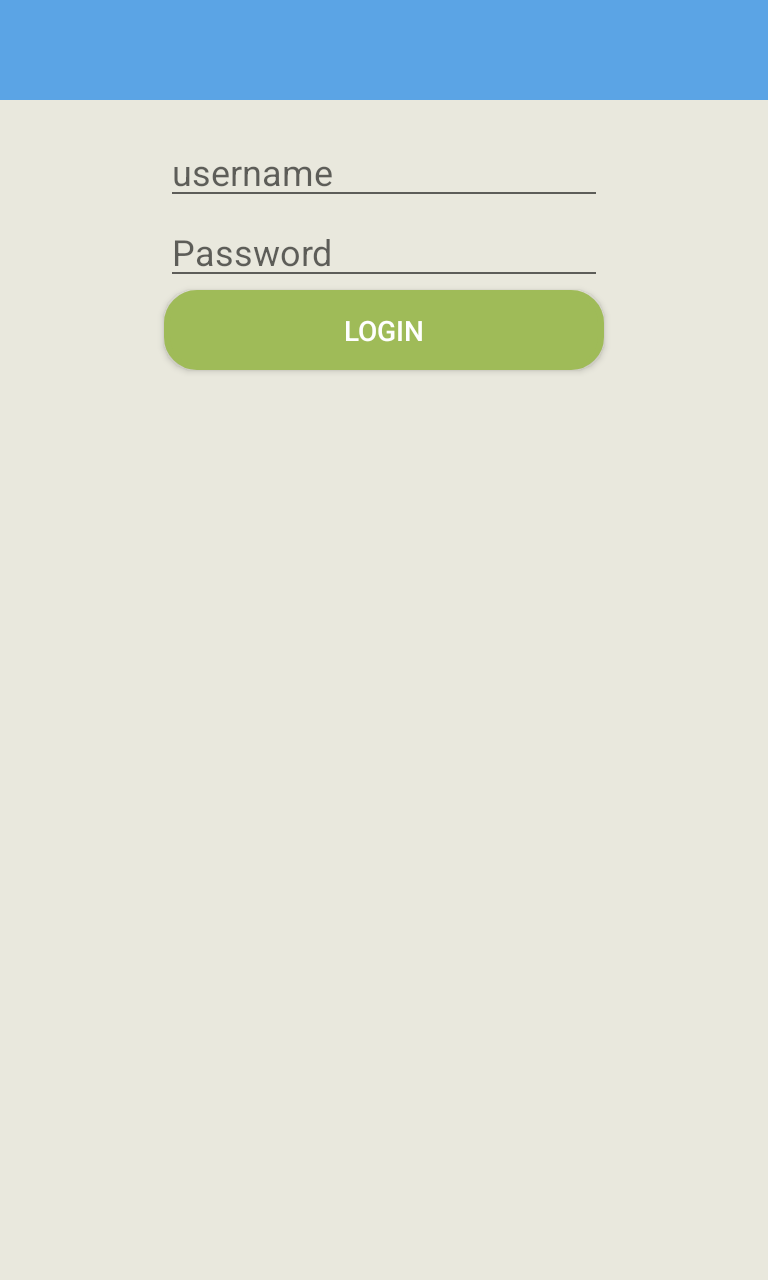
Repository: thomasb101/SYE-PUBapp
Layout: Android/SYE_PUB/res/layout/activity_login.xml
These files come from the project's save history. The layout is drawn as it stood at one moment and after the next save; the edit follows.
It is drawn on a 768 x 1280 px phone screen (xhdpi) without system bars, with theme AppTheme; the app's code is not run. The app's manifest (not shown) leaves right-to-left support off. So textAlignment, textDirection and layoutDirection are ignored, and left and right values win over start and end ones.

Above is the layout before, as saved 2014-10-19 21:24:51.

### Android/SYE_PUB/res/layout/activity_login.xml
<LinearLayout xmlns:android="http://schemas.android.com/apk/res/android"
    xmlns:tools="http://schemas.android.com/tools"
    android:layout_width="match_parent"
    android:layout_height="match_parent"
    android:orientation="vertical"
    android:background="#e9e8dd"
    tools:context=".LoginActivity" >
    <ImageView
        android:id="@+id/imageView1"
        android:layout_width="fill_parent"
        android:layout_height="100px"
        android:background="#5ba4e5"
        android:layout_gravity="center"
         />
    <EditText
        android:layout_width="440px"
        android:layout_height="80px"
        android:layout_gravity="center"
        android:layout_marginTop="30px"
        android:id="@+id/username"
        android:hint="username"/>
    <EditText
        android:id="@+id/password"
        android:layout_width="440px"
        android:layout_gravity="center"
        android:layout_height="80px"
        android:inputType="textPassword"
        android:hint="Password"/>
    <Button
        android:layout_width="440px"
        android:layout_height="80px"
        android:layout_gravity="center"
        android:id="@+id/loginbtn"
        android:background="@drawable/btn_back"
        android:textColor="#ffffff"
        android:textAlignment="center"
        android:text="Login"/>

</LinearLayout>

### Android/SYE_PUB/res/drawable-mdpi/btn_back.xml
<?xml version="1.0" encoding="UTF-8"?>
<shape xmlns:android="http://schemas.android.com/apk/res/android">
    <solid android:color="#9fbb58"/>
    <stroke android:width="3dip"
        android:color="#9fbb58" />
    <corners android:radius="15dip"/>
    <padding android:left="0dip"
        android:top="0dip"
        android:right="0dip"
        android:bottom="0dip" />
</shape>

Loaded but not shown: Android/SYE_PUB/res/values/styles.xml (common file); Android/SYE_PUB/res/values-v11/styles.xml (common file); Android/SYE_PUB/res/values-v14/styles.xml (common file)

After the next save:
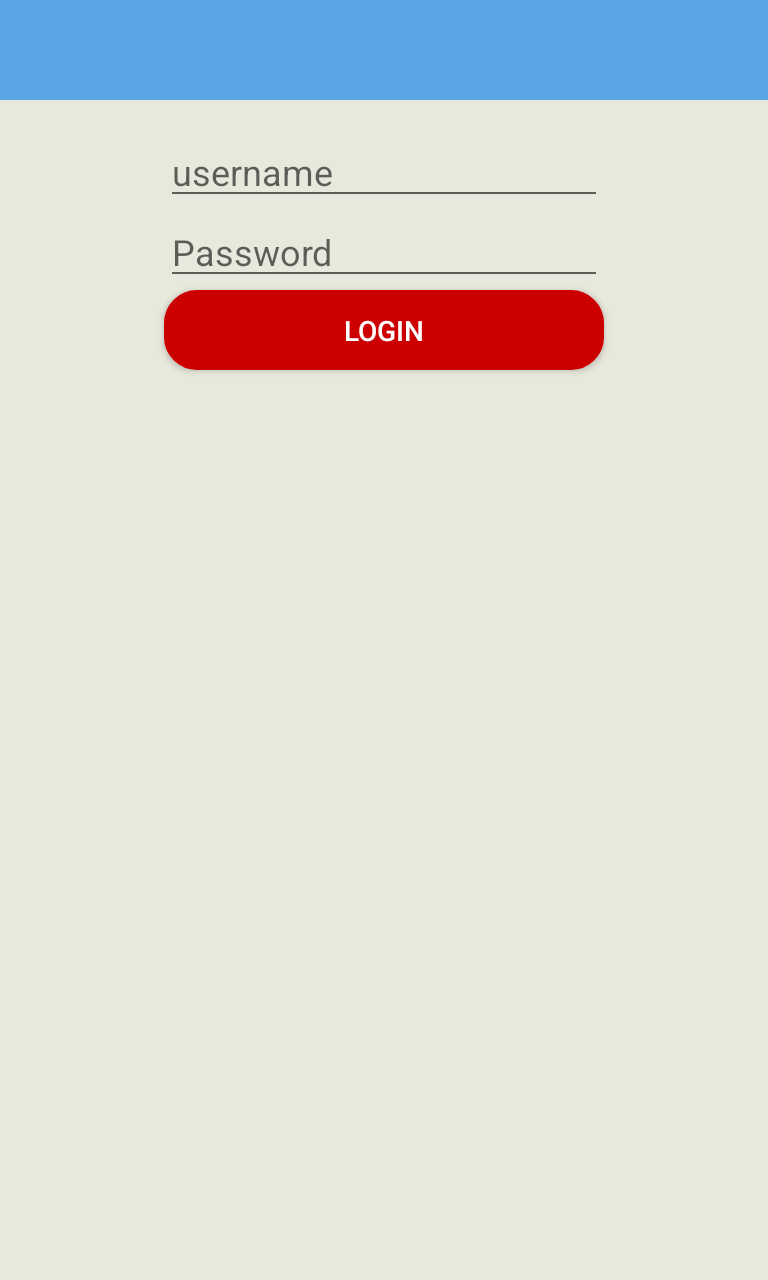
Saved 71 s later.
--- a/Android/SYE_PUB/res/drawable-mdpi/btn_back.xml
+++ b/Android/SYE_PUB/res/drawable-mdpi/btn_back.xml
@@ -1,8 +1,8 @@
 <?xml version="1.0" encoding="UTF-8"?>
 <shape xmlns:android="http://schemas.android.com/apk/res/android">
-    <solid android:color="#9fbb58"/>
+    <solid android:color="#CC0000"/>
     <stroke android:width="3dip"
-        android:color="#9fbb58" />
+        android:color="#CC0000" />
     <corners android:radius="15dip"/>
     <padding android:left="0dip"
         android:top="0dip"
